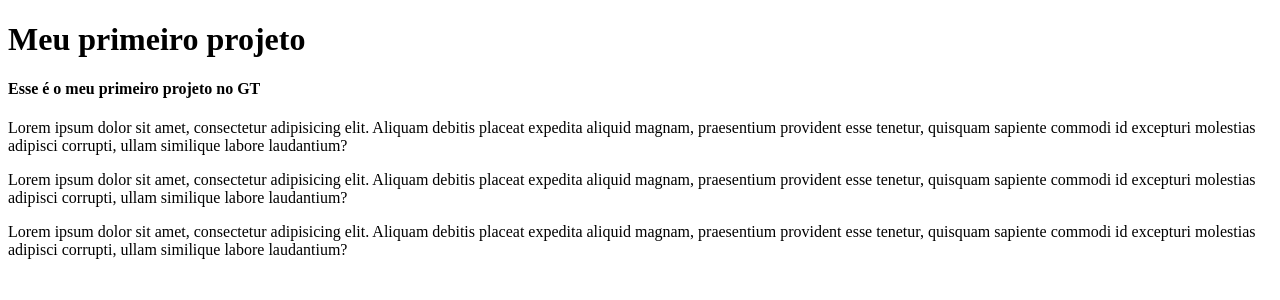
Repository: geracao-11/aula01
Page: index.html
The author's editor kept a copy of each file at every save. The page is drawn from the files as they stood at one save, then again after the next save.
The browser window is 1280 px wide. The pictures show the whole page.

Above is the page before, as saved 2025-04-02 09:16:27.

### index.html
<!DOCTYPE html>
<html lang="pt-br">
  <head>
    <meta charset="UTF-8" />
    <meta name="viewport" content="width=device-width, initial-scale=1.0" />
    <title>Teste</title>
  </head>
  <body>
    <header>
      <h1>Meu primeiro projeto</h1>
      <h4>Esse é o meu primeiro projeto no GT</h4>
    </header>
    <main>
        <p>
            Lorem ipsum dolor sit amet, consectetur adipisicing elit. Aliquam debitis placeat expedita aliquid magnam, praesentium provident esse tenetur, quisquam sapiente commodi id excepturi molestias adipisci corrupti, ullam similique labore laudantium?
        </p>
        <p>
            Lorem ipsum dolor sit amet, consectetur adipisicing elit. Aliquam debitis placeat expedita aliquid magnam, praesentium provident esse tenetur, quisquam sapiente commodi id excepturi molestias adipisci corrupti, ullam similique labore laudantium?
        </p>
        <p>
            Lorem ipsum dolor sit amet, consectetur adipisicing elit. Aliquam debitis placeat expedita aliquid magnam, praesentium provident esse tenetur, quisquam sapiente commodi id excepturi molestias adipisci corrupti, ullam similique labore laudantium?
        </p>
    </main>
    <footer></footer>
  </body>
</html>

After the next save:
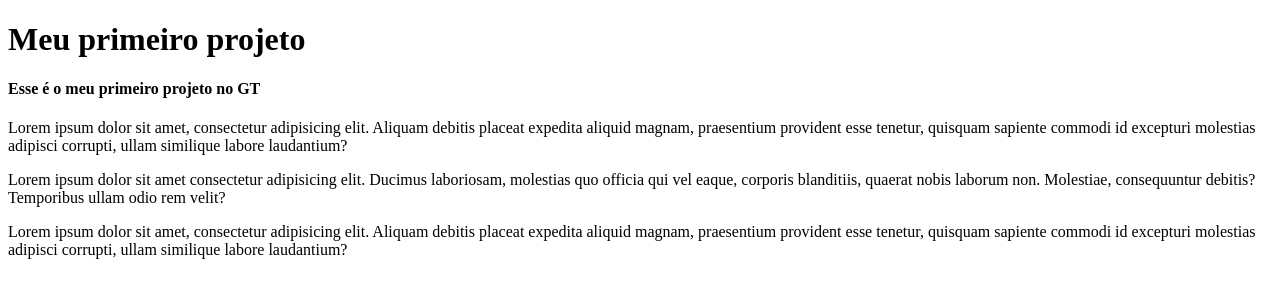
Saved 3 min 17 s later.
--- a/index.html
+++ b/index.html
@@ -15,7 +15,7 @@
             Lorem ipsum dolor sit amet, consectetur adipisicing elit. Aliquam debitis placeat expedita aliquid magnam, praesentium provident esse tenetur, quisquam sapiente commodi id excepturi molestias adipisci corrupti, ullam similique labore laudantium?
         </p>
         <p>
-            Lorem ipsum dolor sit amet, consectetur adipisicing elit. Aliquam debitis placeat expedita aliquid magnam, praesentium provident esse tenetur, quisquam sapiente commodi id excepturi molestias adipisci corrupti, ullam similique labore laudantium?
+            Lorem ipsum dolor sit amet consectetur adipisicing elit. Ducimus laboriosam, molestias quo officia qui vel eaque, corporis blanditiis, quaerat nobis laborum non. Molestiae, consequuntur debitis? Temporibus ullam odio rem velit?
         </p>
         <p>
             Lorem ipsum dolor sit amet, consectetur adipisicing elit. Aliquam debitis placeat expedita aliquid magnam, praesentium provident esse tenetur, quisquam sapiente commodi id excepturi molestias adipisci corrupti, ullam similique labore laudantium?

After the save that followed:
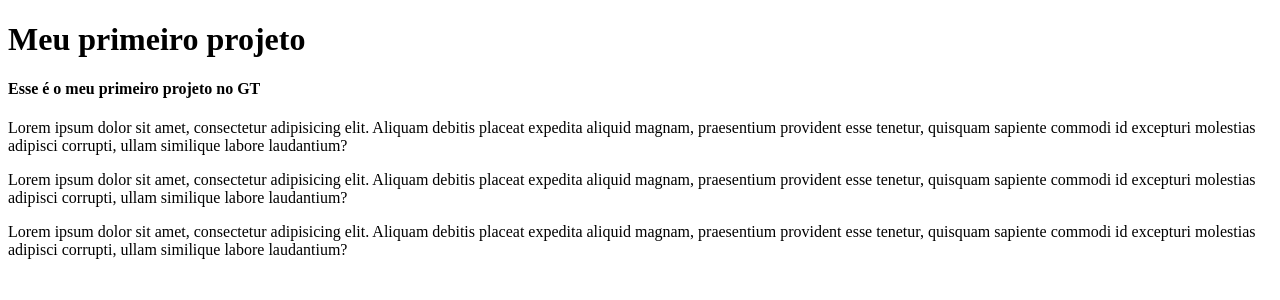
Saved 6 s later.
--- a/index.html
+++ b/index.html
@@ -15,7 +15,7 @@
             Lorem ipsum dolor sit amet, consectetur adipisicing elit. Aliquam debitis placeat expedita aliquid magnam, praesentium provident esse tenetur, quisquam sapiente commodi id excepturi molestias adipisci corrupti, ullam similique labore laudantium?
         </p>
         <p>
-            Lorem ipsum dolor sit amet consectetur adipisicing elit. Ducimus laboriosam, molestias quo officia qui vel eaque, corporis blanditiis, quaerat nobis laborum non. Molestiae, consequuntur debitis? Temporibus ullam odio rem velit?
+            Lorem ipsum dolor sit amet, consectetur adipisicing elit. Aliquam debitis placeat expedita aliquid magnam, praesentium provident esse tenetur, quisquam sapiente commodi id excepturi molestias adipisci corrupti, ullam similique labore laudantium?
         </p>
         <p>
             Lorem ipsum dolor sit amet, consectetur adipisicing elit. Aliquam debitis placeat expedita aliquid magnam, praesentium provident esse tenetur, quisquam sapiente commodi id excepturi molestias adipisci corrupti, ullam similique labore laudantium?
